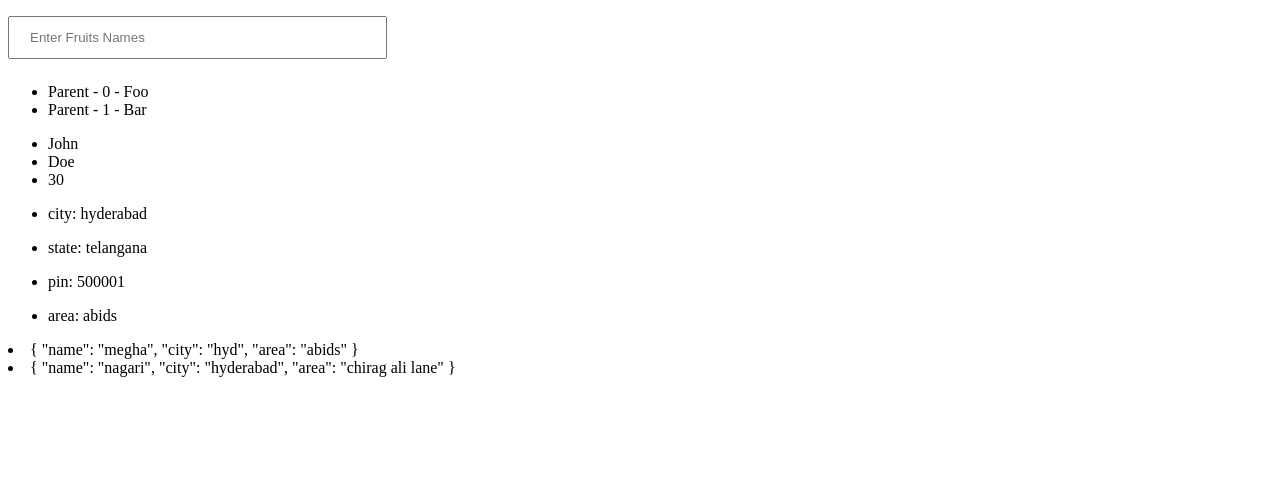
Repository: MeghaNagari/PracticeAtVMC
Page: Practice/VuePractice/WebContent/ListRendering.html
An editor plug-in stored every save of this project. The page is shown before and after the next save, followed by the edit.
The browser window is 1280 px wide. The pictures show the whole page.
Some web libraries are served in a nearby version.

Above is the page before, as saved 2018-03-20 05:28:58.

### Practice/VuePractice/WebContent/ListRendering.html
<!DOCTYPE html>
<html>
<head>
<meta charset="UTF-8">
<title>Insert title here</title>
</head>

<script src="https://cdn.jsdelivr.net/npm/vue@2.5.16/dist/vue.js"></script>

<body>


	<div id="test1">
		<input type="text" v-on:keyup.enter="showinputvalue"
			v-bind:style="styleobj" placeholder="Enter Fruits Names" />
		<h1 v-if="items.length>0">Display Fruits Name</h1>
		<ul>
			<li v-for="a in items">{{a}}</li>
		</ul>
	</div>


	<div id="test2">


		<ul id="example-2">
			<li v-for="(item, index) in items">{{ parentMessage }} - {{
				index }} - {{ item.message }}</li>
		</ul>




	</div>

	<div id="test3">


		<ul class="demo">
			<li v-for="value in object">{{ value }}</li>
		</ul>


	</div>

	<div id="test4">

		<div v-for="(value, key) in address">
			<ul>
				<li>{{ key }}: {{ value }}</li>
			</ul>
		</div>

	</div>

	<div id="test5">

		<div v-for="item in items" :key="item.id">
		<li>{{item}}	</li>
			<!-- content -->
		</div>



	</div>

</body>
<script>
	var vm = new Vue({
		el : '#test1',
		data : {
			items : [],
			styleobj : {
				width : "30%",
				padding : "12px 20px",
				margin : "8px 0",
				boxSizing : "border-box"
			}
		},
		methods : {
			showinputvalue : function(event) {
				this.items.push(event.target.value);
			}
		},
	});
</script>



<script>
	var example2 = new Vue({
		el : '#test2',
		data : {
			parentMessage : 'Parent',
			items : [ {
				message : 'Foo'
			}, {
				message : 'Bar'
			} ]
		}
	})
</script>

<script>
	new Vue({
		el : '#test3',
		data : {
			object : {
				firstName : 'John',
				lastName : 'Doe',
				age : 30
			}
		}
	})
</script>
<script>
	new Vue({

		el : "#test4",
		data : {

			address : {
				city : "hyderabad",
				state : "telangana",
				pin : "500001",
				area : "abids"

			}

		}

	})
</script>

<script>

new Vue({

	el:"#test5",
	data:{
		items:[{
			name:"megha",
			city:"hyd",
			area:"abids"},
			{
				name:"nagari",
				city:"hyderabad",
				area:"chirag ali lane"
			}


		]
	}


})





</script>

</html>

After the next save:
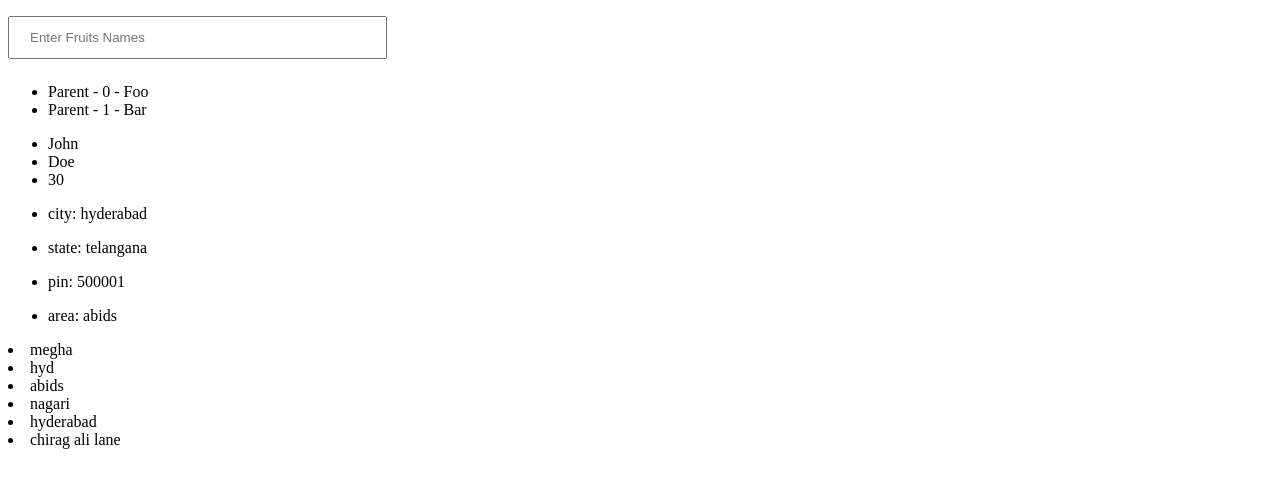
Saved 45 s later.
--- a/Practice/VuePractice/WebContent/ListRendering.html
+++ b/Practice/VuePractice/WebContent/ListRendering.html
@@ -56,7 +56,9 @@
 	<div id="test5">
 
 		<div v-for="item in items" :key="item.id">
-		<li>{{item}}	</li>
+		<li>{{item.name}}	</li>
+		<li>{{item.city}}</li>
+		<li>{{item.area}}</li>
 			<!-- content -->
 		</div>
 
